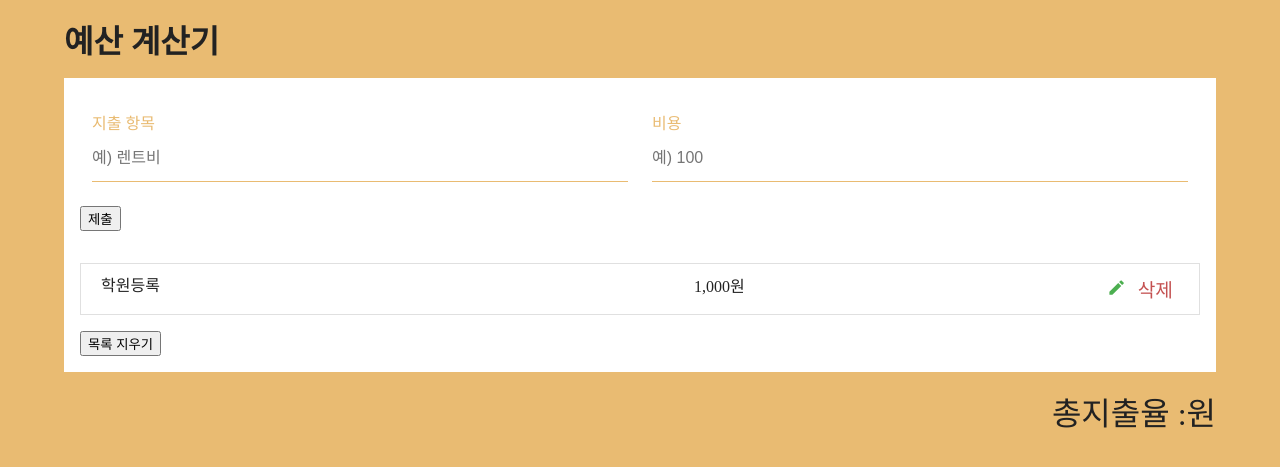
Repository: jongheonleee/budget_calculator
Page: /
The author's editor kept a copy of each file at every save. The page is drawn from the files as they stood at one save, then again after the next save.
The browser window is 1280 px wide. The pictures show the whole page.
The project was rebuilt for these pictures with package versions that can differ from the ones it lists, and the page was loaded fresh each time.

Above is the page before, as saved 2025-02-08 12:54:57.

After the next save:
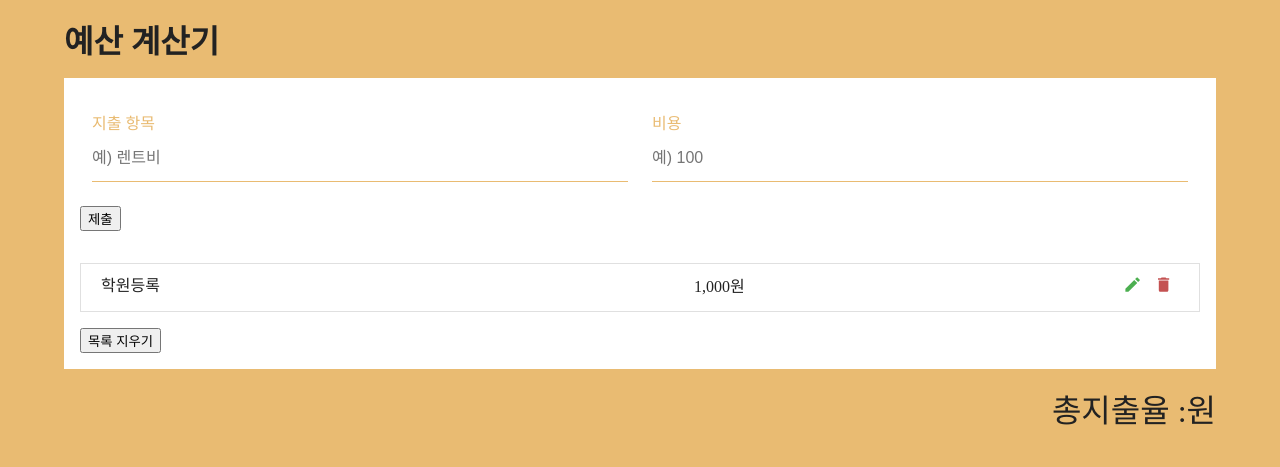
Saved 86 s later.
--- a/src/components/ExpenseItem.js
+++ b/src/components/ExpenseItem.js
@@ -1,6 +1,6 @@
 import React, { Component } from 'react'
 import './ExpenseItem.css';
-import { MdEdit } from'react-icons/md';
+import { MdEdit, MdDelete } from'react-icons/md';
 
 export class ExpenseItem extends Component {
   render() {
@@ -13,7 +13,7 @@ export class ExpenseItem extends Component {
 
         <div>
           <button className='edit-btn'><MdEdit/></button>
-          <button className='clear-btn'>삭제</button>
+          <button className='clear-btn'><MdDelete /></button>
         </div>
       </li>
     )
